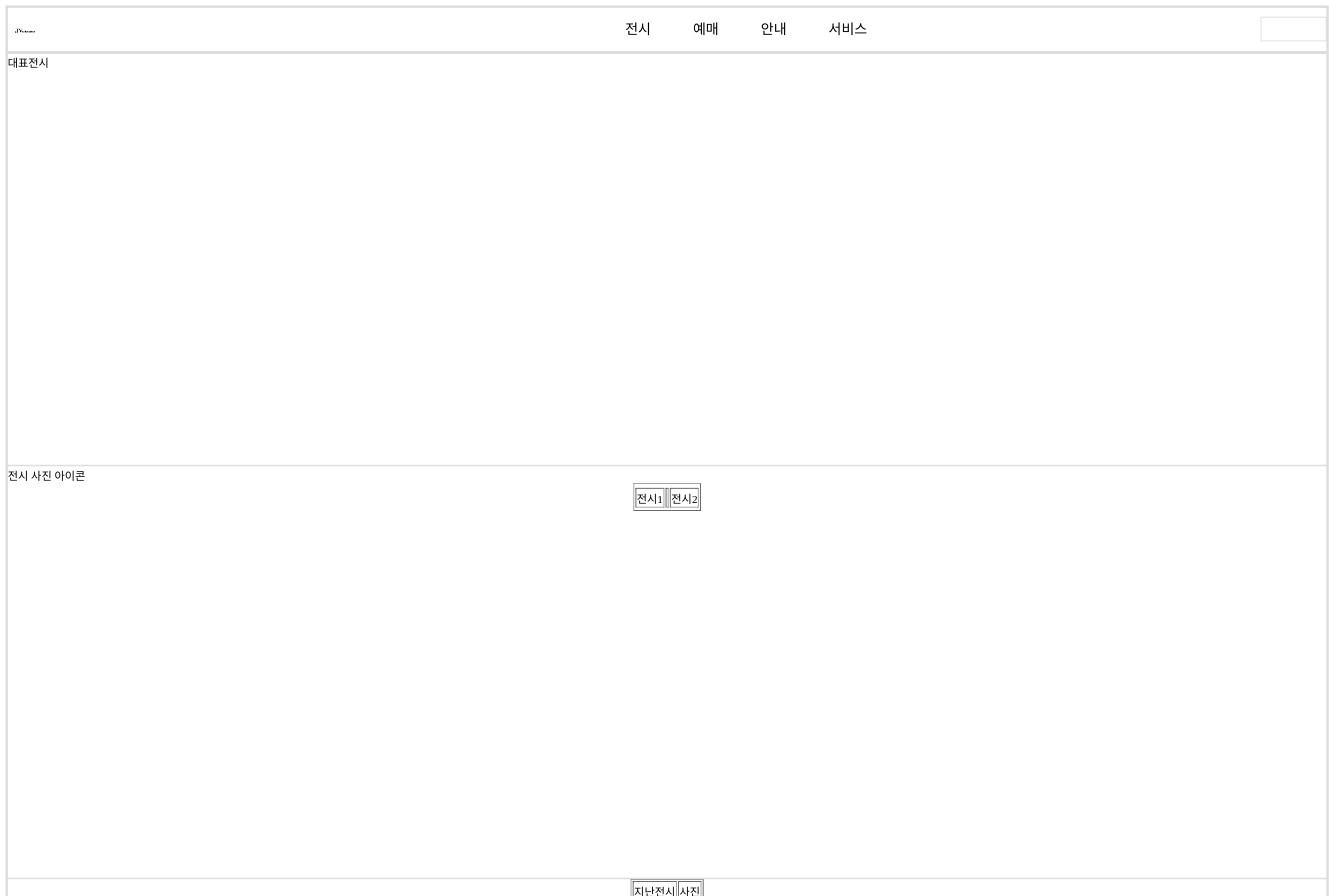
Repository: pshysd/SEMI_PROJECT
Page: http://localhost/JVArtCenter/
An editor plug-in stored every save of this project. The page is shown before and after the next save, followed by the edit.
The browser window is 1280 px wide. The page is 1898 px wide, so the pictures cover 1898 px, including what lies to the right of the window. The pictures show the part of the page from y = 0 to 1280 px (the page is 3296 px tall), at 70% of full size.
The page is served by Tomcat 9. Nobody is signed in. The application's start-up code is not run. Other server files are loaded and not shown.

Above is the page before, as saved 2022-10-21 10:55:42.

### JVArtCenter/WebContent/index.jsp
<%@ page language="java" contentType="text/html; charset=UTF-8"
    pageEncoding="UTF-8"%>
<%
	String contextPath = request.getContextPath();
%>
<!DOCTYPE html>
<html>
<head>
<meta charset="UTF-8">
<title>JV Art Center</title>
<style>
      .wrap {
        width: 1890px;
        height: 3280px;
      }

      div {
        border: 1px solid lightgray;
        box-sizing: border-box;
      }

      #header {
        height: 2%;
      }

      #body {
        margin: 0;
        font-family: "Nanum Gothic Coding", monospace;
      }

      a {
        text-decoration: none;
        color: black;
      }

      #search,
      #user,
      #calender {
        padding: 10px 12px;
      }

      #navbar {
        display: flex;
        justify-content: space-between;
        align-items: center;
        box-sizing: border-box;
        height: 100%;
      }

      #navbar_menu a {
        display: block;
        line-height: 35px;
      }

      #navbar_icons {
        font-size: 20px;
        display: flex;
        padding: 5px 10px;
      }

      #navbar_menu {
        display: flex;
        list-style: none;
        padding-left: 0;
        font-size: large;
        position: relative;
      }

      #navbar_menu > li {
        padding: 5px 30px;
        font-size: 20px;
        position: static;
      }

      #navbar_logo {
        list-style: none;
        display: flex;
        padding: 5px 10px;

        font-size: 20px;
      }

      /* 서브메뉴를 담당하는 ul 태그에 대한 스타일 */
      #navbar_menu > li > ul {
        list-style-type: none;
        padding: 0px;
        display: none; /* 평소에는 안보여주다가 마우스가 올라가는 순간 보여지게끔 */
        position: absolute;
      }

      /* 메인메뉴에 마우스가 올라가는 순간 서브메뉴가 펼쳐져서 보이게끔 */
      #navbar_menu > li > a:hover + ul {
        display: block; /* 메인메뉴에만 마우스가 올라갔을때만 유지됨 */
        background-color: beige;
      }

      /* 서브메뉴에도 마우스가 올라갈 때 펼쳐진게 유지될 수 있게끔 */
      #navbar_menu > li > ul:hover {
        display: block;
        background-color: beige;
      }

      /* 서브메뉴 글씨만 좀 더 작게 보이게끔 */
      #navbar_menu > li > ul a {
        font-size: 15px;
      }

      #navbar_menu > li > ul a:hover {
        font-size: 18px;
      }

      #content {
        height: 90%;
      }

      #main-content1,
      #main-content2,
      #main-content3,
      #main-content4,
      #main-content5 {
        height: 20%;
      }

      #footer {
        height: 8%;
        background-color: black;
        color: white;
      }

      #footer > p {
        padding: 10px;
        box-sizing: border-box;
      }

      #footer_etc {
        padding: 10px;
      }

      #footer_etc a {
        text-decoration: none;
        color: white;
      }
    </style>
</head>
<body>
    <div class="wrap">
      <div id="header">
        <!--헤더영역-->

        <div id="navbar">
          <ul id="navbar_logo">
            <li>
              <a href=""><img src="resources/image/logo.png" width="10%"></a>
            </li>
          </ul>

          <ul id="navbar_menu">
            <li>
              <a href="">전시</a>
              <ul>
                <li><a href="">현재전시</a></li>
                <li><a href="">지난전시</a></li>
                <li><a href="">오픈예정</a></li>
              </ul>
            </li>
            <li>
              <a href="<%= contextPath %>/step1.rsv">예매</a>
              <ul>
                <li><a href="">전시예매</a></li>
              </ul>
            </li>
            <li>
              <a href="">안내</a>
              <ul>
                <li><a href="">JV소개</a></li>
                <li><a href="">전시관 안내</a></li>
              </ul>
            </li>
            <li>
              <a href="">서비스</a>
              <ul>
                <li><a href="">공지사항</a></li>
                <li><a href="">FAQ</a></li>
                <li><a href="">1:1문의</a></li>
                <li><a href="">뉴스레터</a></li>
              </ul>
            </li>
          </ul>
          <div id="navbar_icons">
            <a href=""
              ><i id="search" class="fa-solid fa-magnifying-glass"></i
            ></a>
            <a href=""
              ><i id="calender" class="fa-regular fa-calendar-days"></i
            ></a>
            <a href=""><i id="user" class="fa-regular fa-user"></i></a>
          </div>
        </div>
      </div>

      <div id="content">
        <div id="main-content1">대표전시</div>

        <div id="main-content2">
          <table border="1" style="margin: auto">
            <tr id="table2">
              전시
            </tr>
            <tr></tr>
            <tr id="table3">
              사진
              <td>전시1</td>
              <td></td>
              <td>전시2</td>
            </tr>
            <tr table="table4">
              아이콘
            </tr>
          </table>
        </div>

        <div id="main-content3">
          <table border="1" style="margin: auto">
            <tr>
              <td>지난전시</td>
              <td>사진</td>
            </tr>
            <tr>
              <td>오픈예정</td>
              <td>사진</td>
            </tr>
          </table>
        </div>
        <div id="main-content4">
          <table border="1" style="margin: auto">
            <tr>
              <td colspan="3">뉴스레터</td>
            </tr>
            <tr>
              <td>사진</td>
              <td>왼쪽사진1</td>
              <td>왼쪽사진2</td>
            </tr>
            <tr>
              <td>제목</td>
              <td rowspan="2">사진3</td>
              <td rowspan="2">사진4</td>
            </tr>
            <tr>
              <td>내용</td>
            </tr>
          </table>
        </div>

        <div id="main-content5">
          <table border="1" style="margin: auto">
            <tr>
              <td>공간</td>
              <td>공지사항</td>
              <td>더보기</td>
            </tr>
            <tr>
              <td rowspan="2">공간내용</td>
              <td colspan="2">공지사항1</td>
            </tr>
            <tr>
              <td colspan="2">공지사항2</td>
            </tr>
            <tr>
              <td>더보기</td>
              <td colspan="2">공지사항3</td>
            </tr>
          </table>
        </div>
      </div>

      <div id="footer">
        <!--푸터-->
        <div id="footer_etc">
          <a href="">개인정보처리방침</a> |
          <a href="">이용약관</a>
        </div>
        <p>
            JV 아트센터<br />
            서울특별시 영등포구 선유동2로 57 이레빌딩(구관) 19F, 20F<br /><br />

            Tel 1544-9970<br />

            © 2022 KH Arts Center All right reserved.
        </p>
      </div>
    </div>
  </body>
</html>

After the next save:
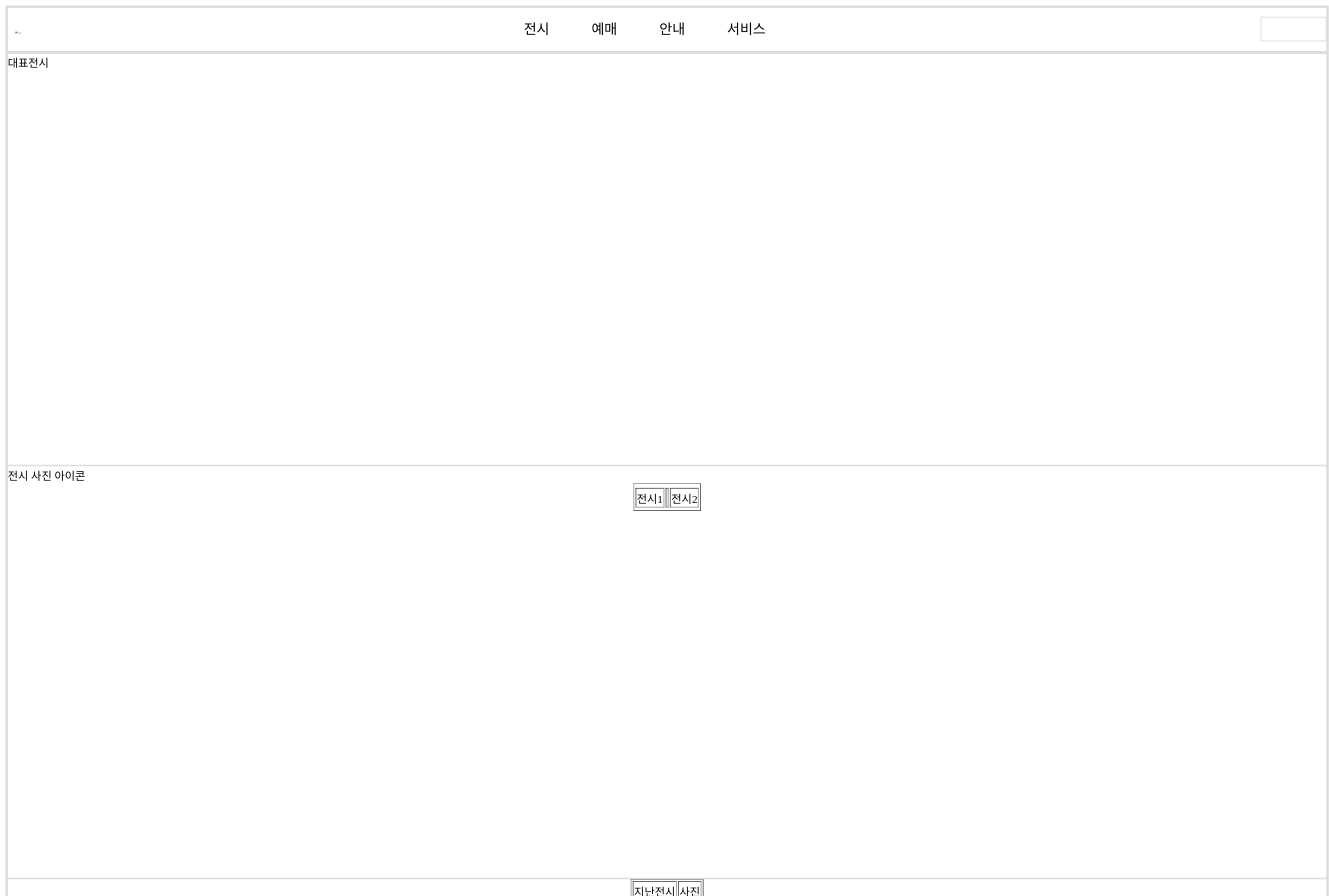
Saved 39 s later.
--- a/JVArtCenter/WebContent/index.jsp
+++ b/JVArtCenter/WebContent/index.jsp
@@ -150,7 +150,7 @@
         <div id="navbar">
           <ul id="navbar_logo">
             <li>
-              <a href=""><img src="resources/image/logo.png" width="10%"></a>
+              <a href=""><img src="resources/image/logo.png" width="10px"></a>
             </li>
           </ul>
 
